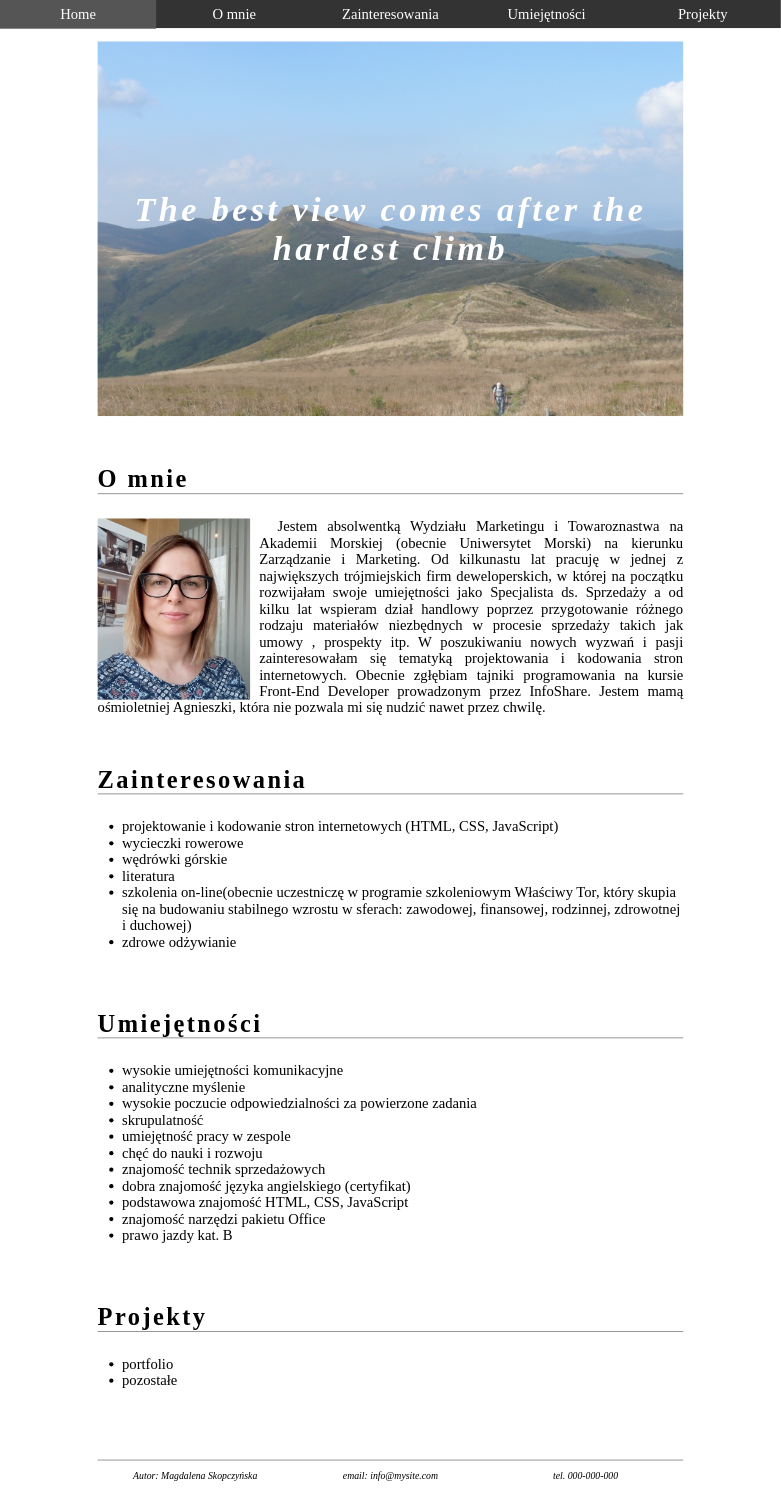
Repository: MagJaw/portfolio
Page: portfolio.html
The author's editor kept a copy of each file at every save. The page is drawn from the files as they stood at one save, then again after the next save.
The browser window is 1280 px wide. The pictures show the whole page, at 61% of full size.

Above is the page before, as saved 2018-11-13 01:08:30.

After the next save:
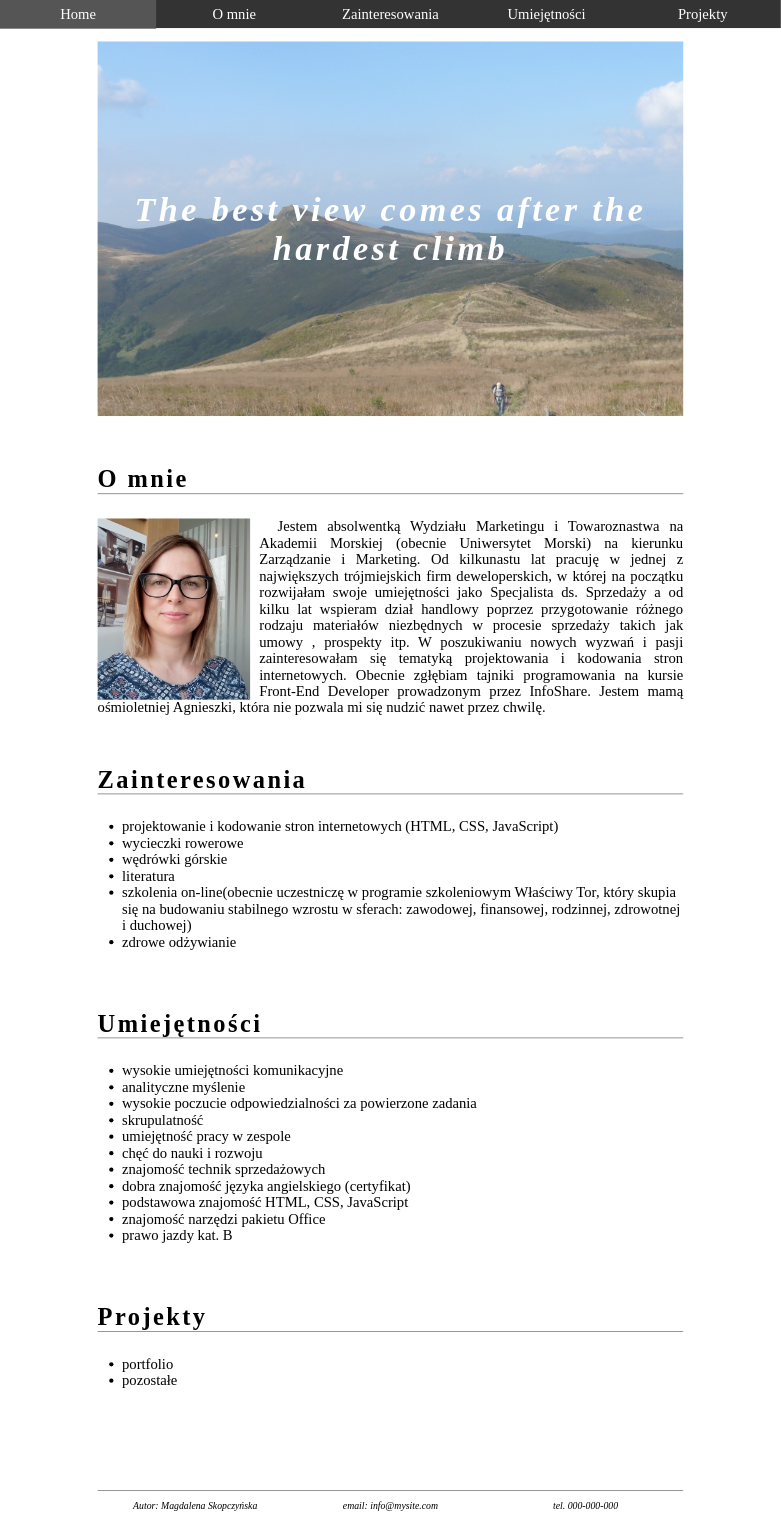
Saved 20 s later.
--- a/main.css
+++ b/main.css
@@ -91,7 +91,7 @@ width:100%;
 }
 
 #section5 {
-padding-bottom: 100px;
+padding-bottom: 150px;
 
 }
 
